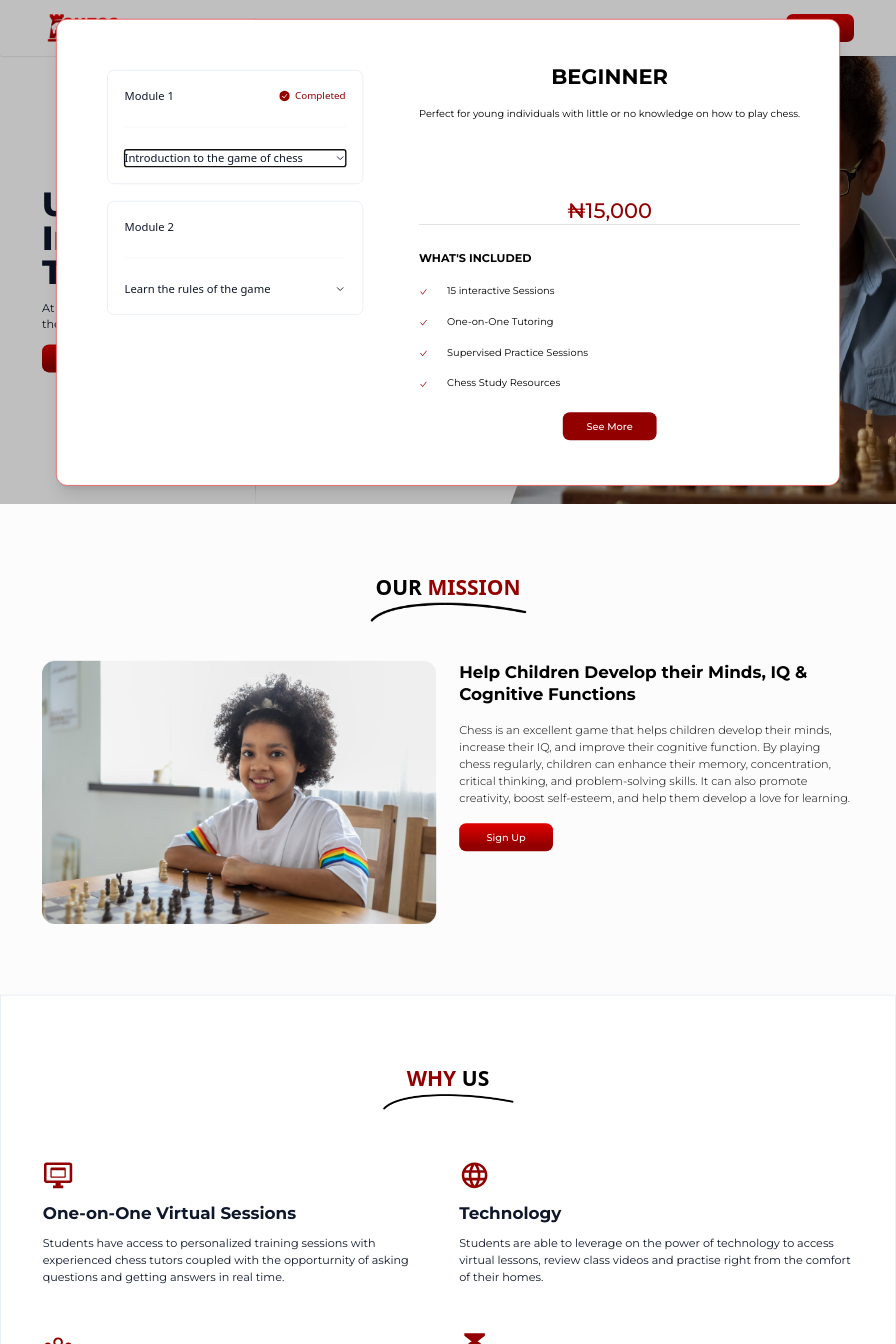
Repository: CelestinaUwajeh/chess-champ-fe
Page: /, after clicking the first element matching `button.w-\[134px\]`
These files come from the project's save history. The page is drawn as it stood at one moment and after the next save; the edit follows.
The browser window is 1280 px wide. The pictures show the part of the page from y = 0 to 1920 px (the page is 4303 px tall), at 70% of full size.
The project was rebuilt for these pictures with package versions that can differ from the ones it lists, and the page was loaded fresh each time. The framework's server and built-in components were replaced by stand-ins that run in the browser. Also part of the build but not shown: next.config.js, app/(dashboard)/parent/child/[id]/progress/highlight.tsx, app/(dashboard)/parent/child/[id]/progress/attendance.tsx, components/ui/progress.tsx, app/(dashboard)/parent/child/[id]/progress/percentage.tsx, app/(dashboard)/parent/child/[id]/progress/points.tsx, app/(dashboard)/parent/child/[id]/progress/page.tsx.

Above is the page before, as saved 2023-08-09 22:05:01.

### app/layout.tsx
import "./globals.css";
import "slick-carousel/slick/slick.css";
import "slick-carousel/slick/slick-theme.css";

export const metadata = {
  title: "Chess Champs",
  description: "Learn to play chess",
};

export default function RootLayout({
  children,
}: {
  children: React.ReactNode;
}) {
  return (
    <html lang="en">
      <body>{children}</body>
    </html>
  );
}

### app/(public)/layout.tsx
import Navigator from "./navigator";
import Footer from "./footer";

export const metadata = {
  title: "Chess Champs",
  description: "Learn to play chess",
};

export default function PublicLayout({
  children,
}: {
  children: React.ReactNode;
}) {
  return (
    <main>
      <Navigator />
      {children}
      <Footer />
    </main>
  );
}

### app/(public)/navigator/index.tsx
"use client";

import Image from "next/image";
import Link from "next/link";
import { AiOutlineClose, AiOutlineMenu } from "react-icons/ai";
import { useState } from "react";

import { usePageOnScroll } from "@/hooks/usePageOnScroll";
import logo from "/public/logo.png";
import NavLinks from "./links";
import AppButton from "@/components/button";
import MobileNav from "./mobile-nav";

const Navigator = () => {
  const scrolling = usePageOnScroll();
  const [showMenu, setShowMenu] = useState(false);

  return (
    <nav
      className={`flex justify-between items-center px-3 lg:px-[60px] h-14 rounded bg-white lg:h-20 sticky right-0 left-0 top-0 z-30 ${
        scrolling ? "shadow-lg" : "shadow"
      }`}
    >
      <Link href={"/"}>
        <Image src={logo} alt="AjoCard Logo" className="h-7 w-auto lg:h-auto" />
      </Link>
      <MobileNav showMenu={showMenu} setShowMenu={setShowMenu} />

      <NavLinks />

      <div
        onClick={() => setShowMenu(!showMenu)}
        className="lg:hidden cursor-pointer"
      >
        {!showMenu ? (
          <AiOutlineMenu size="1.5em" />
        ) : (
          <AiOutlineClose size="1.5em" />
        )}
      </div>

      <div className="hidden lg:flex items-center gap-5">
        <Link href={"/signin"} className="text-main no-underline font-medium">
          Login
        </Link>
        <AppButton
          isLink
          to={`/signup`}
          size="medium"
          variant="primary"
          width="w-[97px]"
        >
          Sign Up
        </AppButton>
      </div>
    </nav>
  );
};

export default Navigator;

### app/(public)/footer/index.tsx
"use client";

import React from "react";
import Link from "next/link";

import { navLinks } from "../navigator/links";
import { socials } from "./socials";

const Footer = () => {
  return (
    <footer className=" bg-footerGrey pt-20 pb-9 px-3 lg:px-[60px] font-mont">
      <div className="flex flex-col lg:flex-row lg:items-center justify-between gap-6 lg:gap-0 mb-3">
        <div className="flex-1 grid grid-cols-2 lg:flex items-center gap-6 lg:gap-12">
          {navLinks.map((link) => (
            <Link
              key={link.name}
              href={link.link}
              className="capitalize font-medium hover:text-main transition-all"
            >
              {link.name}
            </Link>
          ))}
        </div>
        <div className="flex items-center gap-12">
          {socials.map((social) => (
            <a key={social.link} href={social.link}>
              {social.icon}
            </a>
          ))}
        </div>
      </div>
      <div className="h-[1px] w-full bg-[#CAC3B3]"></div>
      <div className="flex flex-col 2xl:flex-row mt-20">
        <div className="flex-1 flex justify-center 2xl:justify-start items-center gap-12 text-main">
          <Link href="/terms">Terms of Service</Link>
          <Link href="/terms">Privacy Policy</Link>
        </div>
        <small className="text-sm text-center 2xl:text-start mt-4">
          &copy; {new Date().getFullYear()} Chess Champs. All rights reserved.
        </small>
      </div>
    </footer>
  );
};

export default Footer;

### components/hero/index.tsx
import Image, { StaticImageData } from "next/image";
import AppButton from "../button";

interface PropType {
  data: {
    image: string;
    smImageSrc: StaticImageData;
    header: string;
    description: string;
    link?: {
      href: string;
      text: string;
    };
  };
}

const Hero = ({ data }: PropType) => {
  const {
    image,
    header,
    description,
    smImageSrc,
    link: { href, text } = { href: "", text: "" },
  } = data || {};

  return (
    <section className="">
      <div
        className={`bg-white ${image} hero lg:bg-[length:auto_100%] xl:bg-[length:55%_100%] bg-no-repeat bg-right pt-11 lg:pt-0 lg:h-[calc(100vh-80px)] overflow-hidden`}
      >
        <div className="h-full flex flex-col justify-center lg:max-w-xl xl:max-w-2xl px-3 xl:pr-0 xl:pl-[60px] gap-4 z-20 relative">
          <h1 className="font-mont font-extrabold  text-4xl lg:text-5xl">
            {header}
          </h1>
          <p className="font-mont text-sm lg:text-base">{description}</p>
          {href ? (
            <AppButton
              isLink
              to={href}
              size="medium"
              width="w-[134px]"
              variant="primary"
            >
              {text}
            </AppButton>
          ) : null}
        </div>
      </div>
      <Image
        src={smImageSrc}
        alt="image"
        className=" w-full h-auto lg:hidden"
      />
    </section>
  );
};

export default Hero;

### components/mission-section/index.tsx
import Image, { StaticImageData } from "next/image";
import AppButton from "../button";

interface PropType {
  data: {
    image: StaticImageData;
    header: string;
    text: string[];
    founder?: {
      name: string;
      title: string;
    };
    hasButton?: {
      text: string;
      url: string;
    };
  };
}

const MissionSection = ({
  data: { image, header, text, founder, hasButton },
}: PropType) => {
  return (
    <div className="flex flex-col lg:flex-row gap-8 justify-center">
      <Image src={image} alt="image" className="flex-1" />
      <div className="flex-1">
        <h3 className="font-mont font-semibold text-lg lg:text-2xl mb-6 text-black">
          {header}
        </h3>
        <div className="flex flex-col gap-4 font-mont text-sm lg:text-base">
          {text.map((item, index) => {
            return (
              <p className="font-light text-black" key={index}>
                {item}
              </p>
            );
          })}
        </div>
        <>
          {founder && (
            <p className="mt-6">
              <span className="font-bold font-mont">{founder.name}</span>{" "}
              <span className="font-light">{founder.title}</span>
            </p>
          )}
        </>
        {hasButton && (
          <div className="mt-6">
            <AppButton
              isLink
              size="medium"
              variant="primary"
              width="w-[134px]"
              to={hasButton.url}
            >
              {hasButton.text}
            </AppButton>
          </div>
        )}
      </div>
    </div>
  );
};

export default MissionSection;

### components/page-section_header/index.tsx
import Image, { StaticImageData } from "next/image";
import stroke from "/public/stroke.png";

interface PropType {
  data: {
    leftText: string;
    rightText?: string;
    sideToColor?: "left" | "right";
    strokeWidth?: string;
    extraStyles?: string;
    icon?: StaticImageData;
  };
}

const PageSectionHeader = ({
  data: {
    leftText,
    rightText = "",
    sideToColor = "left",
    strokeWidth = "w-auto",
    extraStyles = "",
    icon,
  },
}: PropType) => {
  return (
    <div
      className={`${extraStyles} flex items-center justify-center flex-col gap-1`}
    >
      <span className="flex items-center text-3xl text-black gap-2 uppercase font-bold">
        {icon ? <Image src={icon} alt={leftText} /> : null}
        <h3 className={`${sideToColor === "left" ? "text-main" : ""}`}>
          {leftText}
        </h3>
        <h3 className={`${sideToColor === "right" ? "text-main" : ""}`}>
          {rightText}
        </h3>
      </span>
      <Image src={stroke} alt="stroke" className={`${strokeWidth}`} />
    </div>
  );
};

export default PageSectionHeader;

### app/(public)/why-it-works.ts
import comp from "/public/comp.svg";
import medal from "/public/medal.svg";
import tech from "/public/tech.svg";
import comm from "/public/comm.svg";
import { ListCarPropType } from "@/components/list-card";

export const whyItWorks: ListCarPropType["data"]["items"] = [
  {
    listType: comp,
    header: "One-on-One Virtual Sessions",
    text: "Students have access to personalized training sessions with experienced chess tutors coupled with the opporturnity of asking questions and getting answers in real time.",
  },
  {
    listType: tech,
    header: "Technology",
    text: "Students are able to leverage on the power of technology to access virtual lessons, review class videos and practise right from the comfort of their homes.",
  },
  {
    listType: comm,
    header: "Community",
    text: "We are building a community where students can interact with one another over agame of chess from the comfort of their homes.",
  },
  {
    listType: medal,
    header: "Tournament",
    text: "Students have the opportunity to showcase their knowledge at the Chess Champs tournament.",
  },
];

### components/testimonial/demo-test.ts
import ngozi from "/public/ngozi.png";
import amaka from "/public/amaka.png";
import { StaticImageData } from "next/image";

export interface TestimonyTypes {
  name: string;
  testimony: string;
  image: StaticImageData;
}

export const testimonies: TestimonyTypes[] = [
  {
    name: "Tobi Oluwaseun",
    testimony:
      "Since i have started my child on chess lessons with Chess Champs, I have noticed a remarkable improvement in my child's level of reasoning. I see the delibrate act of thinking before speaking",
    image: ngozi,
  },
  {
    name: "Thelma Brown",
    testimony:
      "My daughter's level of concentration has greatly improved since enrolling her into the Chess Champs programme",
    image: amaka,
  },
];

### app/(public)/pricing-section.tsx
import PricingCard from "@/components/pricing-card";
import { PricingDto } from "./pricing";

interface PropType {
  data: PricingDto[];
}

const Pricing = ({ data }: PropType) => {
  return (
    <div className="inline-grid grid-cols-3 gap-10 lg:gap-[71px] auto-rows-[1fr]">
      {data.map((pricing) => (
        <div
          className="col-span-3 md:col-span-2 xl:col-span-1"
          key={pricing.name}
        >
          <PricingCard data={pricing} />
        </div>
      ))}
    </div>
  );
};

export default Pricing;

### app/(public)/pricing.ts
export interface PricingDto {
  name: string;
  description: string;
  price: string;
  perks: string[];
  link: string;
}

export const pricing: PricingDto[] = [
  {
    name: "Beginner",
    description:
      "Perfect for young individuals with little or no knowledge on how to play chess.",
    price: "15000",
    perks: [
      "15 interactive Sessions",
      "One-on-One Tutoring",
      "Supervised Practice Sessions",
      "Chess Study Resources",
    ],
    link: "/beginner",
  },
  {
    name: "Intermediate",
    description:
      "Students would be taught key concepts, tactics and forcing moves.",
    price: "25000",
    perks: [
      "20 interactive Sessions",
      "One-on-One Tutoring",
      "Supervised Practice Sessions",
      "Chess Study Resources",
      "Automatic Entry to Annual Tournament",
    ],
    link: "/intermediate",
  },
  {
    name: "Advanced",
    description:
      "Students would be taught how take complete control while playing chess with strategies like key openings, advanced tactics and endgame patterns.",
    price: "30000",
    perks: [
      "20 interactive Sessions",
      "One-on-One Tutoring",
      "Supervised Practice Sessions",
      "Chess Study Resources",
      "Automatic Entry to Annual Tournament",
      "10% discount on purchased chess items",
    ],
    link: "/advanced",
  },
];

### components/testimonial/index.tsx
"use client";

import Slider from "react-slick";
import { useMediaQuery } from "usehooks-ts";

import { TestimonyTypes } from "./demo-test";
import TestimonialCard from "./testimonial-card";

interface PropType {
  data: TestimonyTypes[];
}
const Testimonials = ({ data }: PropType) => {
  const matches = useMediaQuery("(min-width: 768px)");
  const settings = {
    customPaging: function (i: number) {
      return (
        <span>
          <div className="w-5 h-5 bg-lightGrey rounded-full"></div>
        </span>
      );
    },
    dots: true,
    infinite: true,
    speed: 500,
    slidesToShow: matches ? 2 : 1,
    slidesToScroll: 1,
    autoplay: true,
    autoplaySpeed: 2000,
    swipeToSlide: true,
    dotsClass: "slick-dots slick-thumb",
    className: "slick-div",
  };

  return (
    <div className="mt-12 mb-12">
      <Slider {...settings} className="">
        {data.map((testimony) => (
          <TestimonialCard key={testimony.name} data={testimony} />
        ))}
        {data.map((testimony) => (
          <TestimonialCard key={testimony.name} data={testimony} />
        ))}
      </Slider>
    </div>
  );
};

export default Testimonials;

### hooks/usePageOnScroll.ts
import { useScroll, useMotionValueEvent } from "framer-motion";
import { useState } from "react";

export const usePageOnScroll = () => {
  const [onScroll, setOnScroll] = useState(false);

  const { scrollY } = useScroll();

  useMotionValueEvent(scrollY, "change", (latest) => {
    if (onScroll) {
      if (latest > 0) return;
      return setOnScroll(latest > 0);
    }
    setOnScroll(latest > 0);
  });

  return onScroll;
};

### app/(public)/navigator/links.tsx
"use client";

import Link from "next/link";
import { usePathname } from "next/navigation";

export const navLinks = [
  {
    name: "About Us",
    link: "about",
  },
  {
    name: "Services",
    link: "services",
  },
  {
    name: "How it works",
    link: "how-it-works",
  },
  {
    name: "Tutors",
    link: "tutors",
  },
  {
    name: "Call For Sponsors",
    link: "sponsor",
  },
  {
    name: "Chess Items",
    link: "chess-items",
  },
  {
    name: "Contact Us",
    link: "contact-us",
  },
];
const NavLinks = () => {
  const pathname = usePathname();

  return (
    <div className="hidden lg:flex flex-col lg:flex-row items-start lg:items-center justify-center gap-4 lg:gap-8 font-mont">
      {navLinks.map((link) => {
        const isActive = pathname.endsWith(link.link);

        return (
          <Link
            href={link.link}
            key={link.name}
            className={`${
              isActive ? "text-main" : "text-black"
            } no-underline font-medium text-[15px] hover:text-main transition-all`}
          >
            {link.name}
          </Link>
        );
      })}
    </div>
  );
};

export default NavLinks;

### app/(public)/footer/socials.tsx
import { FiFacebook, FiTwitter, FiInstagram } from "react-icons/fi";

export const socials = [
  {
    link: "https://facebook.com",
    icon: <FiFacebook className="text-main w-6 h-auto" />,
  },
  {
    link: "https://instagram.com",
    icon: <FiInstagram className="text-main w-6 h-auto" />,
  },
  {
    link: "https://twitter.com",
    icon: <FiTwitter className="text-main w-6 h-auto" />,
  },
];

### components/testimonial/testimonial-card.tsx
import Image from "next/image";
import { TestimonyTypes } from "./demo-test";
import { Avatar, AvatarFallback } from "@/components/ui/avatar";

interface PropTypes {
  data: TestimonyTypes;
}

const TestimonialCard = ({ data }: PropTypes) => {
  const { image, name, testimony } = data || {};
  return (
    <div className="rounded-[20px] p-7 bg-lightGrey mx-3 min-h-[180px]">
      <span className="flex gap-4 items-center">
        <Avatar>
          <Image src={image} alt={"img"} />
          <AvatarFallback>{`${name[0]}`}</AvatarFallback>
        </Avatar>
        <span className="font-semibold">{name}</span>
      </span>
      <span className="mt-3">{testimony}</span>
    </div>
  );
};

export default TestimonialCard;

### utils/index.ts
import { toast } from "react-toastify";

export const formatCurrency = (
  number: number,
  { noDecimals }: { noDecimals: boolean }
) =>
  new Intl.NumberFormat("en-NG", {
    style: "currency",
    currency: "NGN",
    ...(noDecimals && { maximumFractionDigits: 0 }),
  }).format(number);

export const showToast = ({
  message,
  type,
}: {
  message: string;
  type: "error" | "success" | "warning" | "info" | "default" | "loading";
}) => {
  toast(message, {
    position: "top-right",
    autoClose: 5000,
    hideProgressBar: false,
    closeOnClick: true,
    pauseOnHover: true,
    draggable: true,
    progress: undefined,
    theme: "colored",
    type: type !== "loading" ? type : "default",
  });
};

### components/pricing-card/modal-content.tsx
import Module from "@/app/(dashboard)/parent/child/[id]/progress/module";
import { modules } from "@/app/(dashboard)/parent/child/[id]/progress/page";
import { PricingDto } from "@/app/(public)/pricing";
import PricingCard from ".";

interface PropType {
  data: PricingDto;
}

const ModalContent = ({ data }: PropType) => {
  return (
    <div className="flex w-full">
      <div className="flex-1">
        <Module modules={modules} />
      </div>
      <div>
        <PricingCard isModal data={data} />
      </div>
    </div>
  );
};

export default ModalContent;

### components/dialogue/index.tsx
import { Dialog, Transition } from "@headlessui/react";
import { Fragment, useState } from "react";

interface IPropType {
  open: boolean;
  setOpen: (value: boolean) => void;
  children: React.ReactNode;
  displayCloseIcon?: boolean;
  isOverlayActive?: boolean;
}

export default function Dialogue({
  open,
  setOpen,
  children,
  displayCloseIcon,
  isOverlayActive,
}: IPropType) {
  return (
    <Transition appear show={open} as={Fragment}>
      <Dialog as="div" className="relative z-50" onClose={setOpen}>
        <Transition.Child
          as={Fragment}
          enter="ease-out duration-300"
          enterFrom="opacity-0"
          enterTo="opacity-100"
          leave="ease-in duration-200"
          leaveFrom="opacity-100"
          leaveTo="opacity-0"
        >
          <div className="fixed inset-0 bg-black bg-opacity-25" />
        </Transition.Child>
        <div className="fixed inset-0 overflow-y-auto">
          <div className="flex min-h-full items-center justify-center p-4 text-center">
            <Transition.Child
              as={Fragment}
              enter="ease-out duration-300"
              enterFrom="opacity-0 scale-95"
              enterTo="opacity-100 scale-100"
              leave="ease-in duration-200"
              leaveFrom="opacity-100 scale-100"
              leaveTo="opacity-0 scale-95"
            >
              <Dialog.Panel className="min-w-[1120px] max-w-md transform overflow-hidden rounded-2xl bg-white p-6 text-left align-middle shadow-xl transition-all border border-red-500 border-solid">
                {children}
              </Dialog.Panel>
            </Transition.Child>
          </div>
        </div>
      </Dialog>
    </Transition>
  );
}

### components/ui/avatar.tsx
"use client";

import * as React from "react";
import * as AvatarPrimitive from "@radix-ui/react-avatar";

import { cn } from "@/lib/utils";

const Avatar = React.forwardRef<
  React.ElementRef<typeof AvatarPrimitive.Root>,
  React.ComponentPropsWithoutRef<typeof AvatarPrimitive.Root>
>(({ className, ...props }, ref) => (
  <AvatarPrimitive.Root
    ref={ref}
    className={cn(
      "relative flex h-10 w-10 shrink-0 overflow-hidden rounded-full",
      className
    )}
    {...props}
  />
));
Avatar.displayName = AvatarPrimitive.Root.displayName;

const AvatarImage = React.forwardRef<
  React.ElementRef<typeof AvatarPrimitive.Image>,
  React.ComponentPropsWithoutRef<typeof AvatarPrimitive.Image>
>(({ className, ...props }, ref) => (
  <AvatarPrimitive.Image
    ref={ref}
    className={cn("aspect-square h-full w-full", className)}
    {...props}
  />
));
AvatarImage.displayName = AvatarPrimitive.Image.displayName;

const AvatarFallback = React.forwardRef<
  React.ElementRef<typeof AvatarPrimitive.Fallback>,
  React.ComponentPropsWithoutRef<typeof AvatarPrimitive.Fallback>
>(({ className, ...props }, ref) => (
  <AvatarPrimitive.Fallback
    ref={ref}
    className={cn(
      "flex h-full w-full items-center justify-center rounded-full bg-muted",
      className
    )}
    {...props}
  />
));
AvatarFallback.displayName = AvatarPrimitive.Fallback.displayName;

export { Avatar, AvatarImage, AvatarFallback };

Loaded but not shown: lib/utils.ts (common file); tailwind.config.js (96 lines, source omitted); app/(public)/page.tsx (102 lines, source omitted); components/button/index.tsx (132 lines, source omitted); components/pricing-card/index.tsx (73 lines, source omitted); app/globals.css (120 lines, source omitted); components/ui/accordion.tsx (56 lines, source omitted); app/(public)/navigator/mobile-nav.tsx (68 lines, source omitted); app/(dashboard)/parent/child/[id]/progress/module.tsx (62 lines, source omitted); components/list-card/index.tsx (67 lines, source omitted)

After the next save:
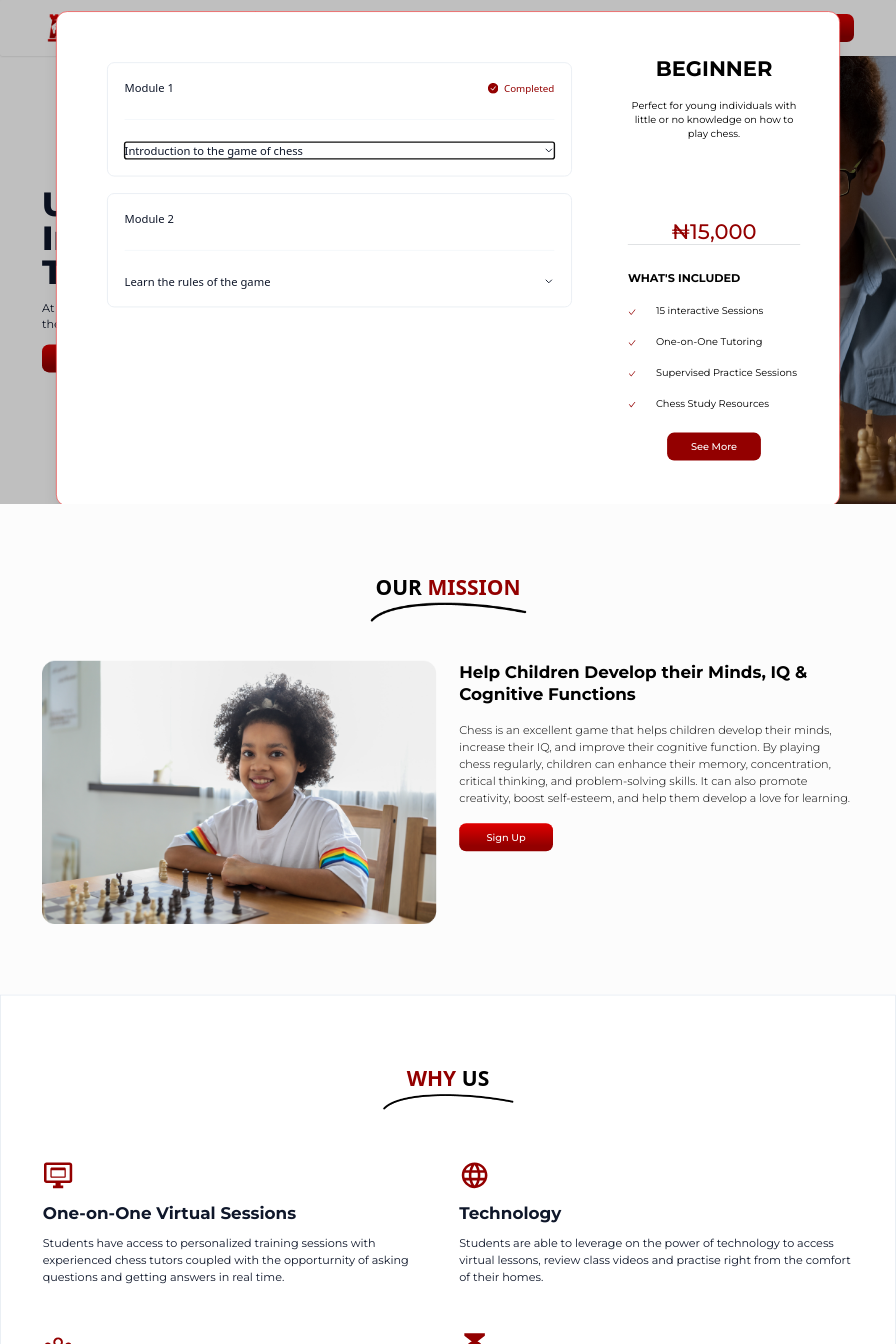
Saved 4 min 27 s later.
--- a/components/pricing-card/modal-content.tsx
+++ b/components/pricing-card/modal-content.tsx
@@ -13,7 +13,7 @@ const ModalContent = ({ data }: PropType) => {
       <div className="flex-1">
         <Module modules={modules} />
       </div>
-      <div>
+      <div className="w-[310px]">
         <PricingCard isModal data={data} />
       </div>
     </div>
